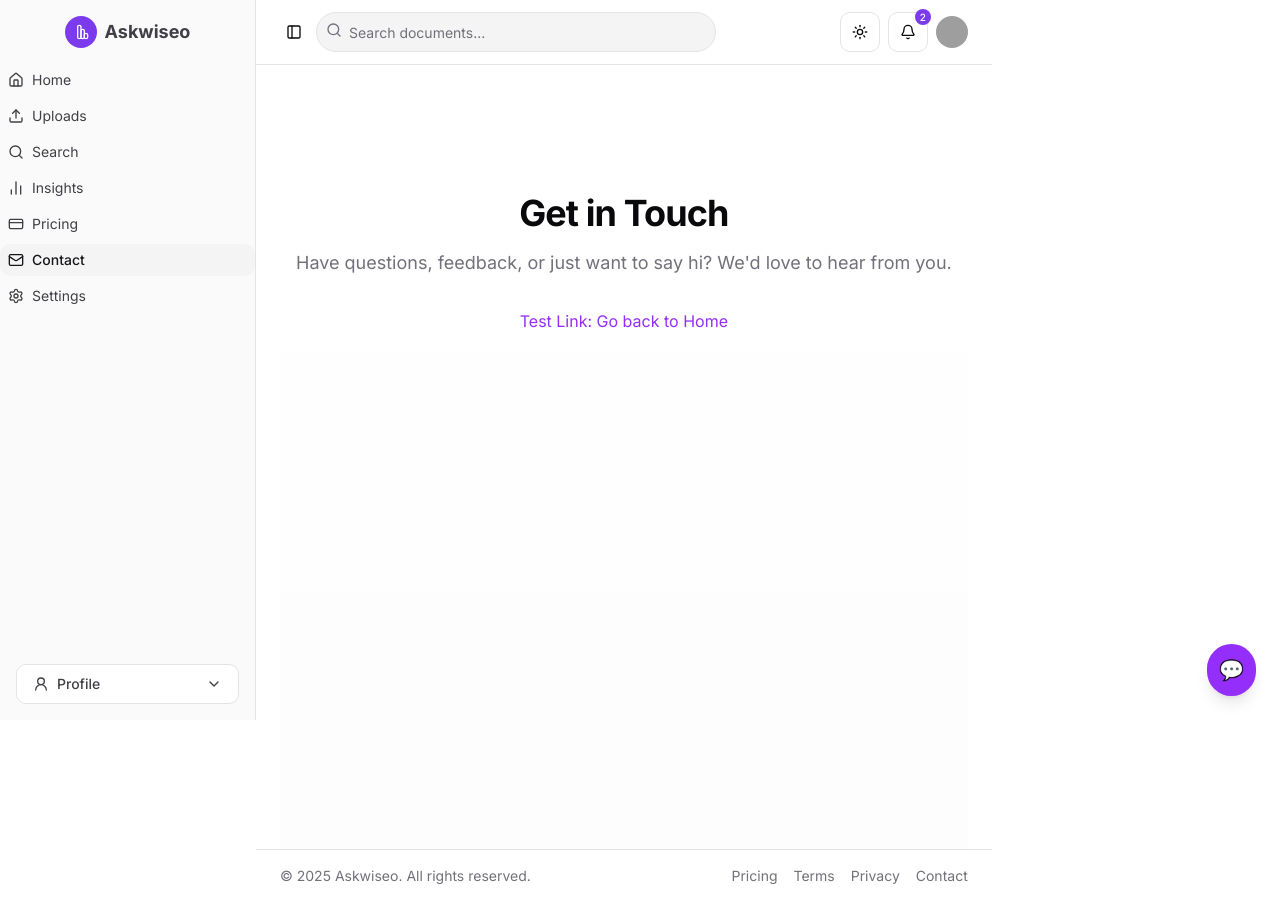
Repository: Arunkumar158/Askwiseo
Page: /contact
These files come from the project's save history. The page is drawn as it stood at one moment and after the next save; the edit follows.
The browser window is 1280 px wide. The pictures show the whole page.
Pictures or frames that could not be fetched are drawn as grey boxes. The project was rebuilt for these pictures with package versions that can differ from the ones it lists, and the page was loaded fresh each time. The framework's server and built-in components were replaced by stand-ins that run in the browser. Also part of the build but not shown: next.config.mjs, components/ui/separator.tsx, components/ui/sheet.tsx, components/ui/skeleton.tsx.

Above is the page before, as saved 2025-06-10 09:57:00.

### app/layout.tsx
import type React from "react"
import "@/app/globals.css"
import type { Metadata, Viewport } from "next"
import { Inter } from "next/font/google"
import { ThemeProvider } from "@/components/theme-provider"
import { Header } from "@/components/header"
import { SiteFooter } from "@/components/site-footer"
import { AppSidebar } from "@/components/app-sidebar"
import { SidebarProvider } from "@/components/ui/sidebar"
import { Toaster } from "@/components/ui/sonner"
import { FeedbackButton } from "@/components/feedback-button"
import { LayoutContent } from "../components/layout-content"
import { AuthProvider } from "@/contexts/AuthContext"

const inter = Inter({
  subsets: ["latin"],
  display: 'swap',
  variable: '--font-inter',
})

export const viewport: Viewport = {
  width: 'device-width',
  initialScale: 1,
  maximumScale: 1,
  themeColor: [
    { media: '(prefers-color-scheme: light)', color: 'white' },
    { media: '(prefers-color-scheme: dark)', color: 'black' },
  ],
}

export const metadata: Metadata = {
  metadataBase: new URL('https://askwiseo.com'),
  title: {
    default: "Askwiseo - AI Knowledge Companion",
    template: "%s | Askwiseo"
  },
  description: "Convert PDFs into searchable knowledge bases with AI. Unlock insights from your documents using advanced AI technology.",
  keywords: ["AI", "knowledge base", "PDF conversion", "document search", "artificial intelligence"],
  authors: [{ name: "Askwiseo Team" }],
  creator: "Askwiseo",
  openGraph: {
    type: 'website',
    locale: 'en_US',
    url: 'https://askwiseo.com',
    title: 'Askwiseo - AI Knowledge Companion',
    description: 'Convert PDFs into searchable knowledge bases with AI',
    siteName: 'Askwiseo',
  },
  twitter: {
    card: 'summary_large_image',
    title: 'Askwiseo - AI Knowledge Companion',
    description: 'Convert PDFs into searchable knowledge bases with AI',
    creator: '@askwiseo',
  },
  robots: {
    index: true,
    follow: true,
    googleBot: {
      index: true,
      follow: true,
      'max-video-preview': -1,
      'max-image-preview': 'large',
      'max-snippet': -1,
    },
  },
}

export default function RootLayout({
  children,
}: {
  children: React.ReactNode
}) {
  return (
    <html lang="en" suppressHydrationWarning className={inter.variable}>
      <body className={inter.className}>
        <AuthProvider>
          <ThemeProvider attribute="class" defaultTheme="system" enableSystem>
            <SidebarProvider>
              <LayoutContent>{children}</LayoutContent>
              <FeedbackButton />
            </SidebarProvider>
            <Toaster />
          </ThemeProvider>
        </AuthProvider>
      </body>
    </html>
  )
}

### app/contact/page.tsx
"use client";

import Link from "next/link";

export default function ContactPage() {
  return (
    <div className="min-h-screen bg-gradient-to-b from-background to-muted/20">
      <div className="container mx-auto px-4 py-16 text-center">
        <h1 className="text-4xl font-bold tracking-tight mb-4">Get in Touch</h1>
        <p className="text-muted-foreground text-lg max-w-2xl mx-auto">
          Have questions, feedback, or just want to say hi? We'd love to hear from you.
        </p>
        <div className="mt-8">
          <Link href="/" className="text-primary hover:underline">
            Test Link: Go back to Home
          </Link>
        </div>
      </div>
    </div>
  );
}

### components/ui/sonner.tsx
"use client"

import { useTheme } from "next-themes"
import { Toaster as Sonner } from "sonner"

type ToasterProps = React.ComponentProps<typeof Sonner>

const Toaster = ({ ...props }: ToasterProps) => {
  const { theme = "system" } = useTheme()

  return (
    <Sonner
      theme={theme as ToasterProps["theme"]}
      className="toaster group"
      toastOptions={{
        classNames: {
          toast:
            "group toast group-[.toaster]:bg-background group-[.toaster]:text-foreground group-[.toaster]:border-border group-[.toaster]:shadow-lg",
          description: "group-[.toast]:text-muted-foreground",
          actionButton:
            "group-[.toast]:bg-primary group-[.toast]:text-primary-foreground",
          cancelButton:
            "group-[.toast]:bg-muted group-[.toast]:text-muted-foreground",
        },
      }}
      {...props}
    />
  )
}

export { Toaster }

### components/layout-content.tsx
"use client"

import { usePathname } from "next/navigation"
import { Header } from "@/components/header"
import { SiteFooter } from "@/components/site-footer"
import { AppSidebar } from "@/components/app-sidebar"

interface LayoutContentProps {
  children: React.ReactNode
}

export function LayoutContent({ children }: LayoutContentProps) {
  const pathname = usePathname()
  const isAuthPage = pathname === "/signin" || pathname === "/signup"

  return (
    <div className="flex min-h-screen flex-col md:flex-row">
      {!isAuthPage && <AppSidebar />}
      <div className="flex-1 flex flex-col min-h-screen">
        {!isAuthPage && <Header />}
        <main className="flex-1 pt-16 px-4 md:px-6">{children}</main>
        <SiteFooter />
      </div>
    </div>
  )
}

### lib/utils.ts
import { type ClassValue, clsx } from "clsx"
import { twMerge } from "tailwind-merge"

export function cn(...inputs: ClassValue[]) {
  return twMerge(clsx(inputs))
}

export const fadeIn = {
  initial: { opacity: 0 },
  animate: { opacity: 1 },
  exit: { opacity: 0 },
  transition: { duration: 0.3 },
}

export const slideIn = {
  initial: { x: -20, opacity: 0 },
  animate: { x: 0, opacity: 1 },
  exit: { x: 20, opacity: 0 },
  transition: { duration: 0.3 },
}

### components/ui/button.tsx
import * as React from "react"
import { Slot } from "@radix-ui/react-slot"
import { cva, type VariantProps } from "class-variance-authority"

import { cn } from "@/lib/utils"

const buttonVariants = cva(
  "inline-flex items-center justify-center gap-2 whitespace-nowrap rounded-md text-sm font-medium ring-offset-background transition-colors focus-visible:outline-none focus-visible:ring-2 focus-visible:ring-ring focus-visible:ring-offset-2 disabled:pointer-events-none disabled:opacity-50 [&_svg]:pointer-events-none [&_svg]:size-4 [&_svg]:shrink-0",
  {
    variants: {
      variant: {
        default: "bg-primary text-primary-foreground hover:bg-primary/90",
        destructive:
          "bg-destructive text-destructive-foreground hover:bg-destructive/90",
        outline:
          "border border-input bg-background hover:bg-accent hover:text-accent-foreground",
        secondary:
          "bg-secondary text-secondary-foreground hover:bg-secondary/80",
        ghost: "hover:bg-accent hover:text-accent-foreground",
        link: "text-primary underline-offset-4 hover:underline",
      },
      size: {
        default: "h-10 px-4 py-2",
        sm: "h-9 rounded-md px-3",
        lg: "h-11 rounded-md px-8",
        icon: "h-10 w-10",
      },
    },
    defaultVariants: {
      variant: "default",
      size: "default",
    },
  }
)

export interface ButtonProps
  extends React.ButtonHTMLAttributes<HTMLButtonElement>,
    VariantProps<typeof buttonVariants> {
  asChild?: boolean
}

const Button = React.forwardRef<HTMLButtonElement, ButtonProps>(
  ({ className, variant, size, asChild = false, ...props }, ref) => {
    const Comp = asChild ? Slot : "button"
    return (
      <Comp
        className={cn(buttonVariants({ variant, size, className }))}
        ref={ref}
        {...props}
      />
    )
  }
)
Button.displayName = "Button"

export { Button, buttonVariants }

### components/ui/input.tsx
import * as React from "react"

import { cn } from "@/lib/utils"

const Input = React.forwardRef<HTMLInputElement, React.ComponentProps<"input">>(
  ({ className, type, ...props }, ref) => {
    return (
      <input
        type={type}
        className={cn(
          "flex h-10 w-full rounded-md border border-input bg-background px-3 py-2 text-base ring-offset-background file:border-0 file:bg-transparent file:text-sm file:font-medium file:text-foreground placeholder:text-muted-foreground focus-visible:outline-none focus-visible:ring-2 focus-visible:ring-ring focus-visible:ring-offset-2 disabled:cursor-not-allowed disabled:opacity-50 md:text-sm",
          className
        )}
        ref={ref}
        {...props}
      />
    )
  }
)
Input.displayName = "Input"

export { Input }

### components/ui/tooltip.tsx
"use client"

import * as React from "react"
import * as TooltipPrimitive from "@radix-ui/react-tooltip"

import { cn } from "@/lib/utils"

const TooltipProvider = TooltipPrimitive.Provider

const Tooltip = TooltipPrimitive.Root

const TooltipTrigger = TooltipPrimitive.Trigger

const TooltipContent = React.forwardRef<
  React.ElementRef<typeof TooltipPrimitive.Content>,
  React.ComponentPropsWithoutRef<typeof TooltipPrimitive.Content>
>(({ className, sideOffset = 4, ...props }, ref) => (
  <TooltipPrimitive.Content
    ref={ref}
    sideOffset={sideOffset}
    className={cn(
      "z-50 overflow-hidden rounded-md border bg-popover px-3 py-1.5 text-sm text-popover-foreground shadow-md animate-in fade-in-0 zoom-in-95 data-[state=closed]:animate-out data-[state=closed]:fade-out-0 data-[state=closed]:zoom-out-95 data-[side=bottom]:slide-in-from-top-2 data-[side=left]:slide-in-from-right-2 data-[side=right]:slide-in-from-left-2 data-[side=top]:slide-in-from-bottom-2 origin-[--radix-tooltip-content-transform-origin]",
      className
    )}
    {...props}
  />
))
TooltipContent.displayName = TooltipPrimitive.Content.displayName

export { Tooltip, TooltipTrigger, TooltipContent, TooltipProvider }

### lib/firebase.ts
import { initializeApp, getApps } from 'firebase/app';
import { getAuth, GoogleAuthProvider } from 'firebase/auth';
import { getFirestore, initializeFirestore, persistentLocalCache, persistentMultipleTabManager } from 'firebase/firestore';
import { getStorage } from 'firebase/storage';

// Your web app's Firebase configuration
const firebaseConfig = {
  apiKey: "AIzaSyCTeYio9RttlnkW5K2_LJHQ9RS8_I8NHCc",
  authDomain: "askwiseo.firebaseapp.com",
  projectId: "askwiseo",
  storageBucket: "askwiseo.firebasestorage.app",
  messagingSenderId: "667669394270",
  appId: "1:667669394270:web:03dc545c668970baffd5cf",
  measurementId: "G-NB231VHD6Q"
};

// Validate Firebase configuration
if (!firebaseConfig.apiKey || !firebaseConfig.projectId) {
  throw new Error('Firebase configuration is missing required fields');
}

// Initialize Firebase
let app;
try {
  app = getApps().length === 0 ? initializeApp(firebaseConfig) : getApps()[0];
} catch (error) {
  console.error('Firebase initialization failed:', error);
  throw new Error('Failed to initialize Firebase. Please check your configuration.');
}

// Initialize Firebase services
const auth = getAuth(app);
const googleProvider = new GoogleAuthProvider();
const storage = getStorage(app);

// Initialize Firestore with persistent cache
const db = initializeFirestore(app, {
  localCache: persistentLocalCache({
    tabManager: persistentMultipleTabManager()
  })
});

// Add error listener for Firestore
db.onError = (error) => {
  console.error('Firestore error:', error);
};

export { auth, googleProvider, db, storage };

### components/site-footer.tsx
import Link from "next/link"

export function SiteFooter() {
  return (
    <footer className="border-t py-4">
      <div className="container flex flex-col items-center justify-between gap-4 px-4 md:flex-row md:px-6">
        <p className="text-center text-sm text-muted-foreground md:text-left">
          &copy; {new Date().getFullYear()} Askwiseo. All rights reserved.
        </p>
        <div className="flex gap-4">
          <Link href="/pricing" className="text-sm text-muted-foreground hover:text-foreground">
            Pricing
          </Link>
          <Link href="/terms-privacy" className="text-sm text-muted-foreground hover:text-foreground">
            Terms
          </Link>
          <Link href="/terms-privacy#privacy" className="text-sm text-muted-foreground hover:text-foreground">
            Privacy
          </Link>
          <Link href="/contact" className="text-sm text-muted-foreground hover:text-foreground">
            Contact
          </Link>
        </div>
      </div>
    </footer>
  )
}

### components/theme-toggle.tsx
"use client"

import * as React from "react"
import { Moon, Sun } from "lucide-react"
import { useTheme } from "next-themes"

import { Button } from "@/components/ui/button"
import {
  DropdownMenu,
  DropdownMenuContent,
  DropdownMenuItem,
  DropdownMenuTrigger,
} from "@/components/ui/dropdown-menu"

export function ThemeToggle() {
  const { setTheme } = useTheme()

  return (
    <DropdownMenu>
      <DropdownMenuTrigger asChild>
        <Button variant="outline" size="icon">
          <Sun className="h-[1.2rem] w-[1.2rem] rotate-0 scale-100 transition-all dark:-rotate-90 dark:scale-0" />
          <Moon className="absolute h-[1.2rem] w-[1.2rem] rotate-90 scale-0 transition-all dark:rotate-0 dark:scale-100" />
          <span className="sr-only">Toggle theme</span>
        </Button>
      </DropdownMenuTrigger>
      <DropdownMenuContent align="end">
        <DropdownMenuItem onClick={() => setTheme("light")}>
          Light
        </DropdownMenuItem>
        <DropdownMenuItem onClick={() => setTheme("dark")}>
          Dark
        </DropdownMenuItem>
        <DropdownMenuItem onClick={() => setTheme("system")}>
          System
        </DropdownMenuItem>
      </DropdownMenuContent>
    </DropdownMenu>
  )
}

### components/ui/avatar.tsx
"use client"

import * as React from "react"
import * as AvatarPrimitive from "@radix-ui/react-avatar"

import { cn } from "@/lib/utils"

const Avatar = React.forwardRef<
  React.ElementRef<typeof AvatarPrimitive.Root>,
  React.ComponentPropsWithoutRef<typeof AvatarPrimitive.Root>
>(({ className, ...props }, ref) => (
  <AvatarPrimitive.Root
    ref={ref}
    className={cn(
      "relative flex h-10 w-10 shrink-0 overflow-hidden rounded-full",
      className
    )}
    {...props}
  />
))
Avatar.displayName = AvatarPrimitive.Root.displayName

const AvatarImage = React.forwardRef<
  React.ElementRef<typeof AvatarPrimitive.Image>,
  React.ComponentPropsWithoutRef<typeof AvatarPrimitive.Image>
>(({ className, ...props }, ref) => (
  <AvatarPrimitive.Image
    ref={ref}
    className={cn("aspect-square h-full w-full", className)}
    {...props}
  />
))
AvatarImage.displayName = AvatarPrimitive.Image.displayName

const AvatarFallback = React.forwardRef<
  React.ElementRef<typeof AvatarPrimitive.Fallback>,
  React.ComponentPropsWithoutRef<typeof AvatarPrimitive.Fallback>
>(({ className, ...props }, ref) => (
  <AvatarPrimitive.Fallback
    ref={ref}
    className={cn(
      "flex h-full w-full items-center justify-center rounded-full bg-muted",
      className
    )}
    {...props}
  />
))
AvatarFallback.displayName = AvatarPrimitive.Fallback.displayName

export { Avatar, AvatarImage, AvatarFallback }

### components/sidebar-toggle.tsx
"use client"

import * as React from "react"
import { PanelLeft } from "lucide-react"
import { Button } from "@/components/ui/button"
import { useSidebar } from "@/components/ui/sidebar"

export function SidebarToggle() {
  const { toggleSidebar } = useSidebar()

  return (
    <Button
      variant="ghost"
      size="icon"
      className="h-7 w-7"
      onClick={toggleSidebar}
      data-sidebar="trigger"
    >
      <PanelLeft className="h-4 w-4" />
      <span className="sr-only">Toggle Sidebar</span>
    </Button>
  )
}

### components/notifications/notification-button.tsx
'use client';

import { Bell } from 'lucide-react';
import { Button } from '@/components/ui/button';
import { useRouter } from 'next/navigation';
import { NotificationButtonProps } from '@/lib/types/notification';

export function NotificationButton({
  notifications,
}: NotificationButtonProps) {
  const router = useRouter();
  const unreadCount = notifications.filter((n) => !n.read).length;

  return (
    <Button
      variant="outline"
      size="icon"
      className="relative h-10 w-10 border border-input bg-background hover:bg-accent hover:text-accent-foreground"
      aria-label="Notifications"
      onClick={() => router.push('/notifications')}
    >
      <Bell className="h-4 w-4" />
      <span className="sr-only">Notifications</span>
      {unreadCount > 0 && (
        <span className="absolute -right-1 -top-1 flex h-4 w-4 items-center justify-center rounded-full bg-violet-600 text-[10px] text-white">
          {unreadCount}
        </span>
      )}
    </Button>
  );
}

Loaded but not shown: components/theme-provider.tsx (common file); hooks/use-mobile.tsx (common file); components/ui/sidebar.tsx (773 lines, source omitted); components/ui/dropdown-menu.tsx (200 lines, source omitted); components/ui/feedback-modal.tsx (162 lines, source omitted); components/header.tsx (120 lines, source omitted); tailwind.config.ts (102 lines, source omitted); components/app-sidebar.tsx (106 lines, source omitted); components/feedback-button.tsx (97 lines, source omitted); contexts/AuthContext.tsx (80 lines, source omitted); app/globals.css (73 lines, source omitted)

After the next save:
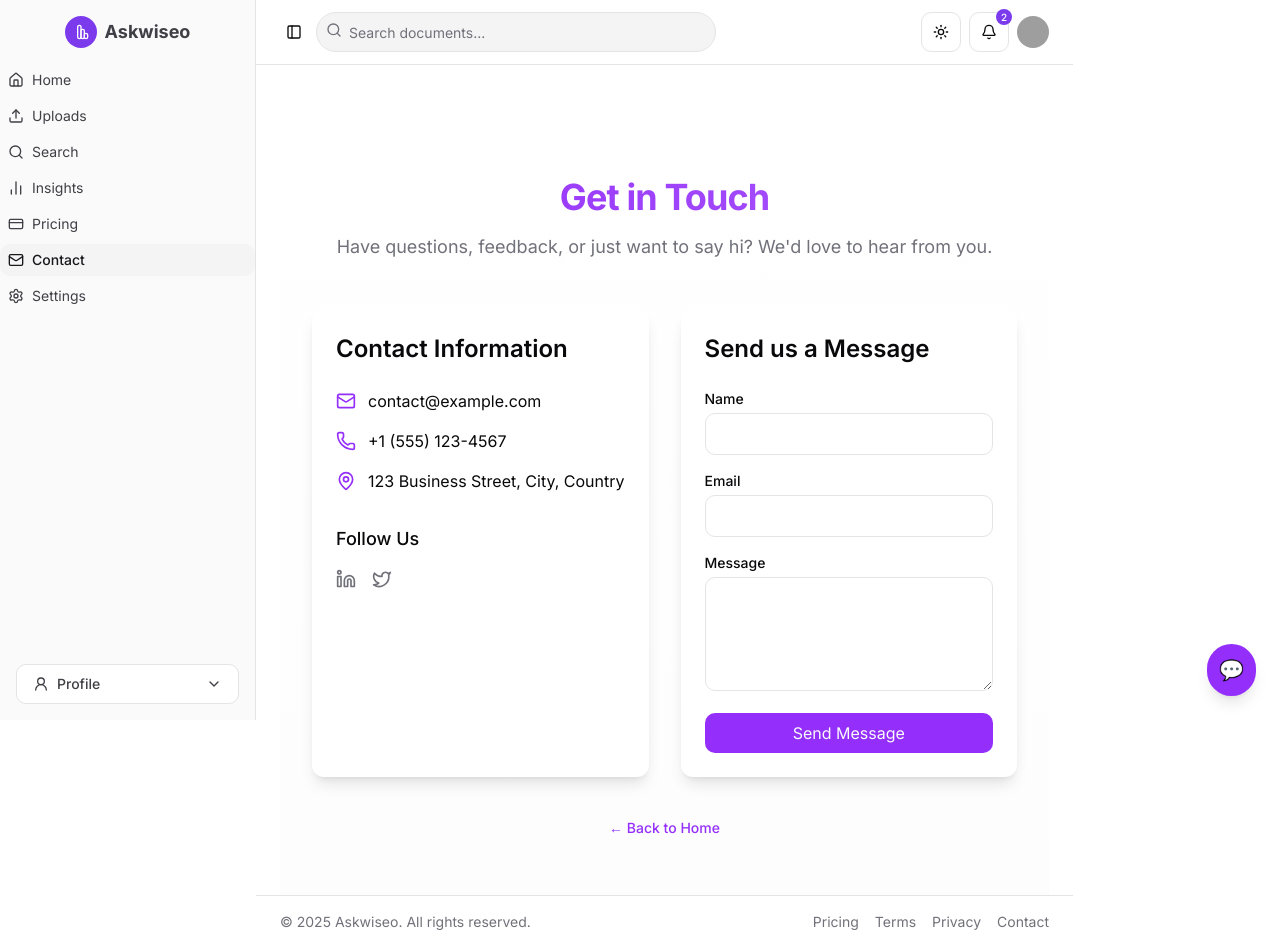
Saved 6 min 43 s later.
--- a/app/contact/page.tsx
+++ b/app/contact/page.tsx
@@ -1,18 +1,144 @@
 "use client";
 
 import Link from "next/link";
+import { Mail, Phone, MapPin, Linkedin, Twitter } from "lucide-react";
+import { useState } from "react";
+import { toast } from "sonner";
 
 export default function ContactPage() {
+  const [formData, setFormData] = useState({
+    name: "",
+    email: "",
+    message: "",
+  });
+
+  const handleSubmit = (e: React.FormEvent) => {
+    e.preventDefault();
+    // Placeholder for form submission
+    toast.success("Message sent successfully!");
+    setFormData({ name: "", email: "", message: "" });
+  };
+
   return (
-    <div className="min-h-screen bg-gradient-to-b from-background to-muted/20">
-      <div className="container mx-auto px-4 py-16 text-center">
-        <h1 className="text-4xl font-bold tracking-tight mb-4">Get in Touch</h1>
-        <p className="text-muted-foreground text-lg max-w-2xl mx-auto">
-          Have questions, feedback, or just want to say hi? We'd love to hear from you.
-        </p>
-        <div className="mt-8">
-          <Link href="/" className="text-primary hover:underline">
-            Test Link: Go back to Home
+    <div className="min-h-screen bg-gradient-to-b from-background to-muted/20 py-12 px-4 sm:px-6 lg:px-8">
+      <div className="max-w-4xl mx-auto">
+        {/* Header Section */}
+        <div className="text-center mb-12 animate-fade-in">
+          <h1 className="text-4xl font-bold tracking-tight mb-4 bg-clip-text text-transparent bg-gradient-to-r from-primary to-primary/80">
+            Get in Touch
+          </h1>
+          <p className="text-muted-foreground text-lg max-w-2xl mx-auto">
+            Have questions, feedback, or just want to say hi? We'd love to hear from you.
+          </p>
+        </div>
+
+        <div className="grid grid-cols-1 md:grid-cols-2 gap-8">
+          {/* Contact Information */}
+          <div className="bg-card rounded-lg p-6 shadow-lg animate-fade-in">
+            <h2 className="text-2xl font-semibold mb-6">Contact Information</h2>
+            <div className="space-y-4">
+              <div className="flex items-center space-x-3">
+                <Mail className="h-5 w-5 text-primary" />
+                <span>contact@example.com</span>
+              </div>
+              <div className="flex items-center space-x-3">
+                <Phone className="h-5 w-5 text-primary" />
+                <span>+1 (555) 123-4567</span>
+              </div>
+              <div className="flex items-center space-x-3">
+                <MapPin className="h-5 w-5 text-primary" />
+                <span>123 Business Street, City, Country</span>
+              </div>
+            </div>
+
+            {/* Social Media Links */}
+            <div className="mt-8">
+              <h3 className="text-lg font-medium mb-4">Follow Us</h3>
+              <div className="flex space-x-4">
+                <a
+                  href="#"
+                  className="text-muted-foreground hover:text-primary transition-colors"
+                  aria-label="LinkedIn"
+                >
+                  <Linkedin className="h-5 w-5" />
+                </a>
+                <a
+                  href="#"
+                  className="text-muted-foreground hover:text-primary transition-colors"
+                  aria-label="Twitter"
+                >
+                  <Twitter className="h-5 w-5" />
+                </a>
+              </div>
+            </div>
+          </div>
+
+          {/* Contact Form */}
+          <div className="bg-card rounded-lg p-6 shadow-lg animate-fade-in">
+            <h2 className="text-2xl font-semibold mb-6">Send us a Message</h2>
+            <form onSubmit={handleSubmit} className="space-y-4">
+              <div>
+                <label htmlFor="name" className="block text-sm font-medium mb-1">
+                  Name
+                </label>
+                <input
+                  type="text"
+                  id="name"
+                  value={formData.name}
+                  onChange={(e) =>
+                    setFormData({ ...formData, name: e.target.value })
+                  }
+                  className="w-full px-3 py-2 border rounded-md focus:outline-none focus:ring-2 focus:ring-primary"
+                  required
+                />
+              </div>
+              <div>
+                <label htmlFor="email" className="block text-sm font-medium mb-1">
+                  Email
+                </label>
+                <input
+                  type="email"
+                  id="email"
+                  value={formData.email}
+                  onChange={(e) =>
+                    setFormData({ ...formData, email: e.target.value })
+                  }
+                  className="w-full px-3 py-2 border rounded-md focus:outline-none focus:ring-2 focus:ring-primary"
+                  required
+                />
+              </div>
+              <div>
+                <label htmlFor="message" className="block text-sm font-medium mb-1">
+                  Message
+                </label>
+                <textarea
+                  id="message"
+                  value={formData.message}
+                  onChange={(e) =>
+                    setFormData({ ...formData, message: e.target.value })
+                  }
+                  rows={4}
+                  className="w-full px-3 py-2 border rounded-md focus:outline-none focus:ring-2 focus:ring-primary"
+                  required
+                />
+              </div>
+              <button
+                type="submit"
+                className="w-full bg-primary text-primary-foreground py-2 px-4 rounded-md hover:bg-primary/90 transition-colors"
+              >
+                Send Message
+              </button>
+            </form>
+          </div>
+        </div>
+
+        {/* Back to Home Button */}
+        <div className="text-center mt-8">
+          <Link
+            href="/"
+            className="inline-flex items-center px-4 py-2 border border-transparent text-sm font-medium rounded-md text-primary hover:bg-primary/10 transition-colors"
+          >
+            ← Back to Home
           </Link>
         </div>
       </div>
